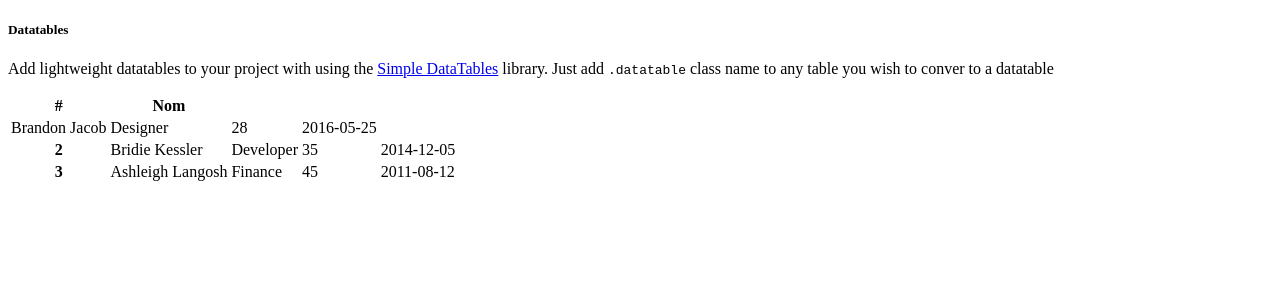
Repository: antsamadagascar/HR-Recruitment
Page: http://localhost/semestre5/application/views/table/annonces_tables.php
These files come from the project's save history. The page is drawn as it stood at one moment and after a run of saves; the edit follows.
The browser window is 1280 px wide. The pictures show the whole page.
The page is run by PHP 8.4 with error messages shown; the project is at /var/www/html/. application/core/MY_Config.php is not in the repository; a stand-in opens the database connection.

Above is the page before, as saved 2024-11-13 16:46:13.

After the next 2 saves:
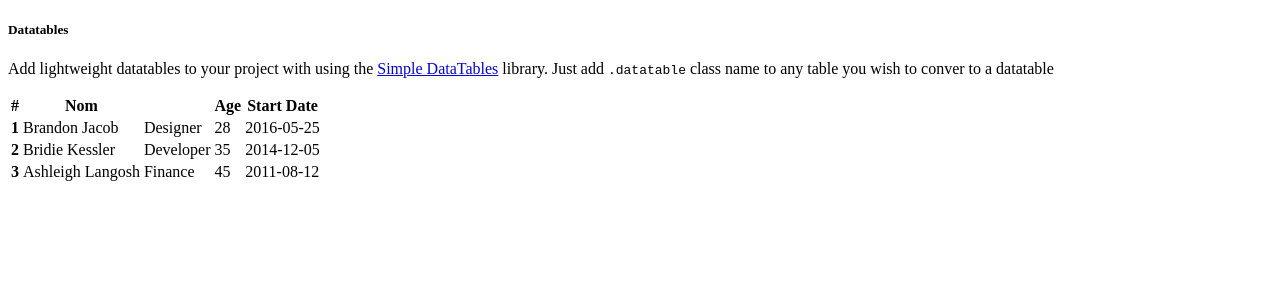
The 2 saves are shown as one change because they came seconds apart.
The last was saved 14 s later.
--- a/application/views/table/annonces_tables.php
+++ b/application/views/table/annonces_tables.php
@@ -24,10 +24,13 @@
                     <th scope="col">#</th>
                     <th scope="col">Nom</th>
                     <th scope="col"></th>
+                    <th scope="col">Age</th>
+                    <th scope="col">Start Date</th>
                   </tr>
                 </thead>
                 <tbody>
                   <tr>
+                    <th scope="row">1</th>
                     <td>Brandon Jacob</td>
                     <td>Designer</td>
                     <td>28</td>
